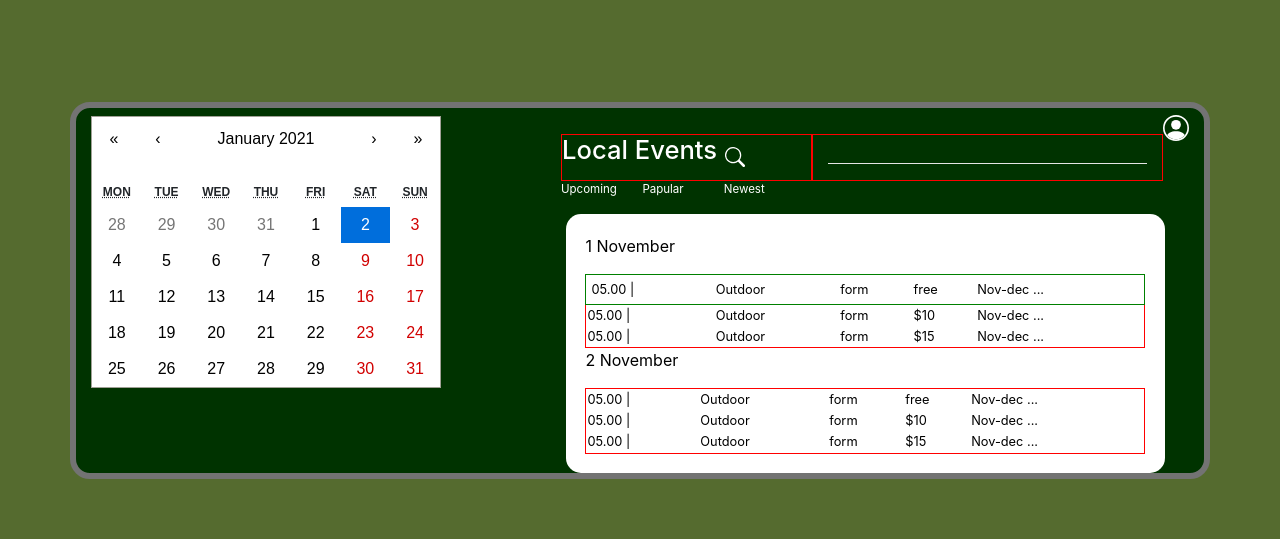
Repository: lalji-yadav/Calendar-code
Page: /
The author's editor kept a copy of each file at every save. The page is drawn from the files as they stood at one save, then again after the next save.
The browser window is 1280 px wide. The pictures show the whole page.
The project was rebuilt for these pictures with package versions that can differ from the ones it lists, and the page was loaded fresh each time. Also part of the build but not shown: src/App.css.

Above is the page before, as saved 2021-01-04 11:15:00.

### src/App.js
import logo from './logo.svg';
import './App.css';
import MyApp from './calendar/calendar'
import Home from "./calendar/Home";

function App() {
  return (
    <div>
      <header>

        <Home />

      </header>
    </div>
  );
}

export default App;

### src/calendar/calendar.js
import React, { useState } from 'react';
import 'react-calendar/dist/Calendar.css';
import Calendar from 'react-calendar';

function MyApp() {
  const [value, onChange] = useState(new Date());

  return (
    <div>
      <Calendar
        onChange={onChange}
        value={value}
      />
    </div>
  );
}

export default MyApp;

### src/calendar/Home.js
import React from 'react';
import "./Home.css";
import MyApp from "./calendar";

function Home() {

  return (
    <div className="main">
      <div className='container'>
        <div className="row">
          <div className="col-sm-5 calendar">
             <MyApp />
          </div>
          <div className="col-sm-7">

            <div style={{float:"right", paddingTop:"1%"}}>
            <svg xmlns="http://www.w3.org/2000/svg" width="26" height="26" fill="white" class="bi bi-person-circle" viewBox="0 0 16 16">
            <path d="M13.468 12.37C12.758 11.226 11.195 10 8 10s-4.757 1.225-5.468 2.37A6.987 6.987 0 0 0 8 15a6.987 6.987 0 0 0 5.468-2.63z"/>
             <path fill-rule="evenodd" d="M8 9a3 3 0 1 0 0-6 3 3 0 0 0 0 6z"/>
             <path fill-rule="evenodd" d="M8 1a7 7 0 1 0 0 14A7 7 0 0 0 8 1zM0 8a8 8 0 1 1 16 0A8 8 0 0 1 0 8z"/>
            </svg>
            </div>

            <div className="row" style={{paddingTop:"4%"}}>
               <div className="col-sm-5" style={{border:"1px solid red"}}>
                 <div className="row">
                 <h1 style={{color:"white", fontSize:"2vw"}}>Local Events </h1>
               <svg  style={{margin:"5% 0% 0% 3%"}} xmlns="http://www.w3.org/2000/svg" width="20" height="20" fill="white" class="bi bi-search" viewBox="0 0 16 16">
               <path d="M11.742 10.344a6.5 6.5 0 1 0-1.397 1.398h-.001c.03.04.062.078.098.115l3.85 3.85a1 1 0 0 0 1.415-1.414l-3.85-3.85a1.007 1.007 0 0 0-.115-.1zM12 6.5a5.5 5.5 0 1 1-11 0 5.5 5.5 0 0 1 11 0z"/>
               </svg>
                 </div>
               </div>
               <div className="col-sm-7" style={{border:"1px solid red", paddingTop:"3%"}}>
               <hr style={{marginTop:"10px"}} />

               </div>

            </div>

            <div className="row">
          <div className="col-sm-5 row" style={{color:"white", fontSize:"0.9vw"}}>
            <div className="col-sm-4">
             <p>Upcoming</p>
            </div>
            <div className="col-sm-4">
              <p>Papular</p>
            </div>
            <div className="col-sm-4">
              <p>Newest</p>
            </div>

             {/* Carosal design  */}
          </div>

          <div className="tablebox">

            <p> 1 November </p>
                <table  style={{width:"100%", fontSize:"1vw", border:"1px solid red"}}>

                    <tbody>
                      <tr style={{padding:"20px", border:"1px solid green"}}>
                        <td style={{padding:"5px"}}>05.00 |</td>
                        <td>Outdoor</td>
                        <td>form</td>
                        <td>free</td>
                        <td>Nov-dec ...</td>
                      </tr>
                      <tr>
                        <td>05.00 |</td>
                        <td>Outdoor</td>
                        <td>form</td>
                        <td>$10</td>
                        <td>Nov-dec ...</td>
                      </tr>
                      <tr>
                        <td>05.00 |</td>
                        <td>Outdoor</td>
                        <td>form</td>
                        <td>$15</td>
                        <td>Nov-dec ...</td>
                      </tr>
                    </tbody>
                  </table>

                  <p> 2 November </p>
                  <table  style={{width:"100%", fontSize:"1vw", border:"1px solid red"}}>

                    <tbody>
                      <tr>
                        <td>05.00 |</td>
                        <td>Outdoor</td>
                        <td>form</td>
                        <td>free</td>
                        <td>Nov-dec ...</td>
                      </tr>
                      <tr>
                        <td>05.00 |</td>
                        <td>Outdoor</td>
                        <td>form</td>
                        <td>$10</td>
                        <td>Nov-dec ...</td>
                      </tr>
                      <tr>
                        <td>05.00 |</td>
                        <td>Outdoor</td>
                        <td>form</td>
                        <td>$15</td>
                        <td>Nov-dec ...</td>
                      </tr>
                    </tbody>
                  </table>
             </div>

        </div>

          </div>

        </div>

      </div>

    </div>
  );
}
export default Home;

### src/calendar/Home.css
.main {
    width: 100%;
    height: 100%;
    position: absolute;
    /* padding: 10% 5% 10% 5%; */
    background-color: darkolivegreen;
}
.container {
    width: 80%;
    /* height: 70%; */
    margin: 8% 10% 8% 10%;
    background-color: #003300;
    border: 6px solid #737373;
    border-radius: 20px;
}
.calendar {
    /* border: 2px solid red; */
    margin-top: 8px;
}
hr {
    color: white;
    width: 100%;
    margin-top: 5em;
    background-color: white;
}
.tablebox {
    margin: 0% 0% 0% 3%;
    padding: 3%;
    width: 91%;
    border-radius: 15px;
    color: black;
    background-color: white;
}

Loaded but not shown: public/index.html (common file); src/index.js (common file); src/index.css (common file); src/reportWebVitals.js (common file)

After the next save:
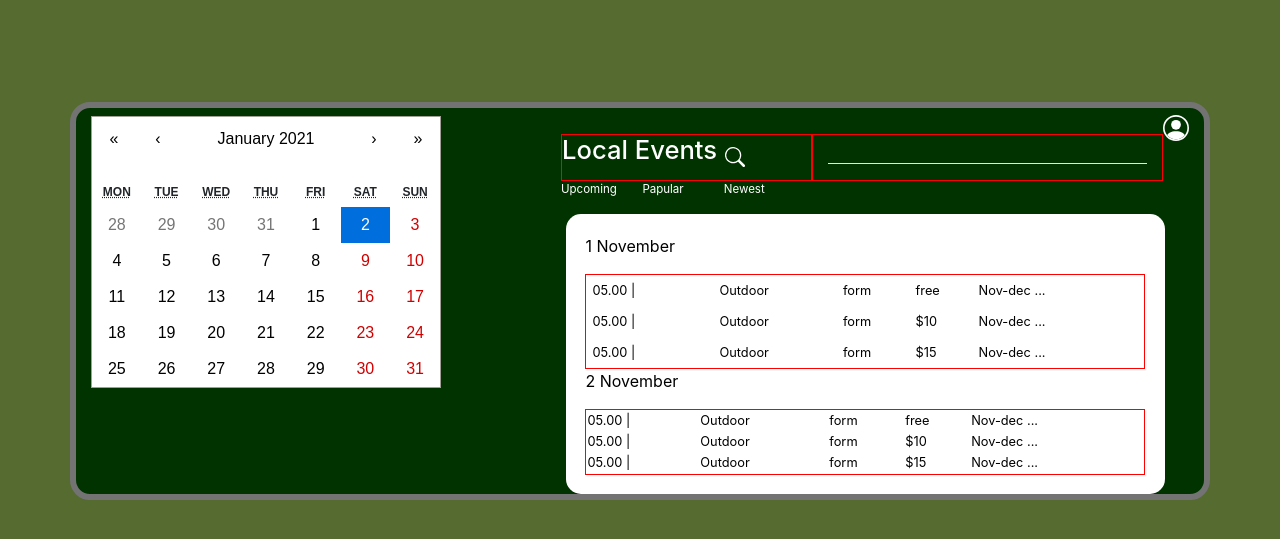
Saved 31 s later.
--- a/src/calendar/Home.js
+++ b/src/calendar/Home.js
@@ -58,22 +58,22 @@ function Home() {
                 <table  style={{width:"100%", fontSize:"1vw", border:"1px solid red"}}>
 
                     <tbody>
-                      <tr style={{padding:"20px", border:"1px solid green"}}>
-                        <td style={{padding:"5px"}}>05.00 |</td>
+                      <tr>
+                        <td style={{padding:"6px"}}>05.00 |</td>
                         <td>Outdoor</td>
                         <td>form</td>
                         <td>free</td>
                         <td>Nov-dec ...</td>
                       </tr>
                       <tr>
-                        <td>05.00 |</td>
+                        <td style={{padding:"6px"}}>05.00 |</td>
                         <td>Outdoor</td>
                         <td>form</td>
                         <td>$10</td>
                         <td>Nov-dec ...</td>
                       </tr>
                       <tr>
-                        <td>05.00 |</td>
+                        <td style={{padding:"6px"}}>05.00 |</td>
                         <td>Outdoor</td>
                         <td>form</td>
                         <td>$15</td>
